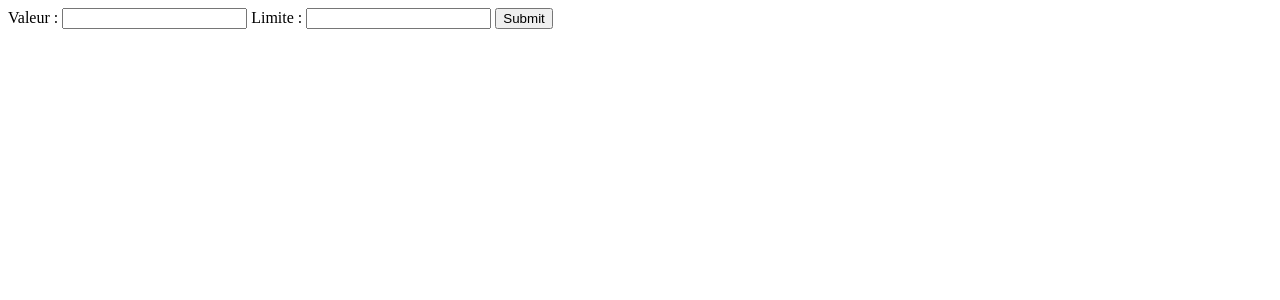
Repository: Kahefsay/javaEE
Page: http://localhost/RiquartDamian/TableauMultiplication
The author's editor kept a copy of each file at every save. The page is drawn from the files as they stood at one save, then again after the next save.
The browser window is 1280 px wide. The pictures show the whole page.
The page is served by Tomcat 9.

Above is the page before, as saved 2018-02-02 14:42:36.

After the next save:
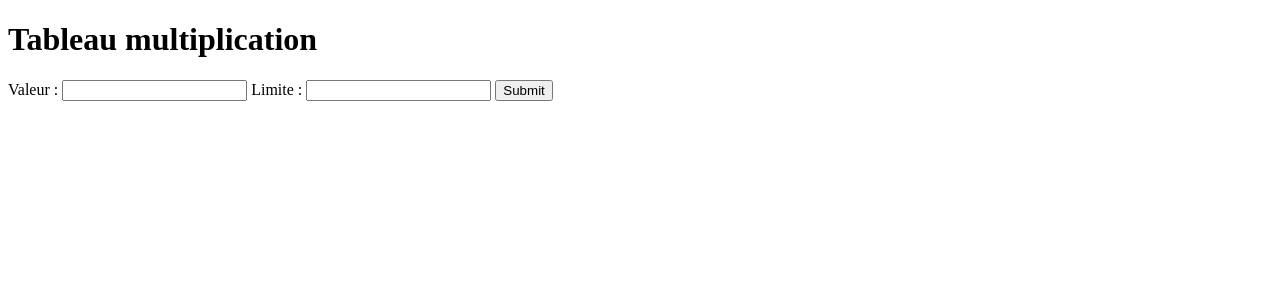
Saved 13 s later.
--- a/RiquartDamian/WebContent/WEB-INF/tableauMultiplication.jsp
+++ b/RiquartDamian/WebContent/WEB-INF/tableauMultiplication.jsp
@@ -5,6 +5,8 @@
 <title>Tableau multiplication</title>
 </head>
 <body>
+
+<h1>Tableau multiplication</h1>
 
 <form method="get" action="Login">
 	<label for="valeur">Valeur : </label>
